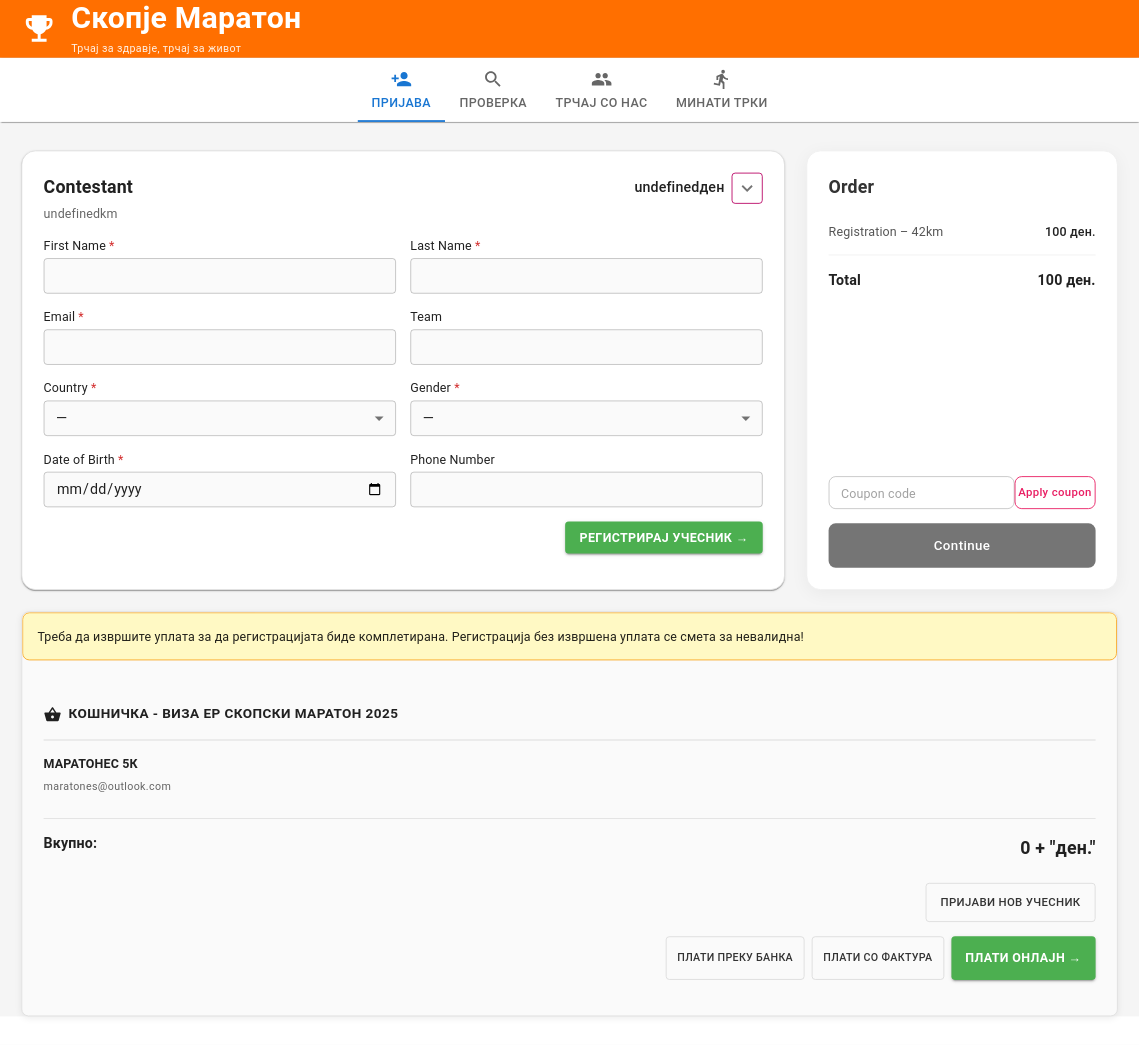
Repository: ilijana123/skopje_marathon_frontend
Page: /
These files come from the project's save history. The page is drawn as it stood at one moment and after the next save; the edit follows.
The browser window is 1280 px wide. The pictures show the whole page, at 89% of full size.
The page's requests for data from a server got no answer. The project was rebuilt for these pictures with package versions that can differ from the ones it lists, and the page was loaded fresh each time. No one was signed in, and anything a server would have sent is missing. Also part of the build but not shown: vite.config.ts, src/components/CheckStatusTab.tsx, src/components/ContestantTab.styles.ts, src/components/ContestantsTab.tsx, src/components/RacesTab.tsx, src/components/PaymentForm.styles.ts, src/components/PaymentForm.tsx.

Above is the page before, as saved 2026-01-17 00:58:48.

### index.html
<!DOCTYPE html>
<html lang="en">
  <head>
    <meta charset="utf-8" />
    <meta name="viewport" content="width=device-width, initial-scale=1" />
    <meta name="theme-color" content="#000000" />
    <meta
      name="description"
      content="Web site created using create-react-app"
    />
    <title>React App</title>
  </head>
  <body>
    <noscript>You need to enable JavaScript to run this app.</noscript>
    <div id="root"></div>
    <script type="module" src="/src/index.tsx"></script>
  </body>
</html>

### src/index.tsx
import React from 'react';
import ReactDOM from 'react-dom/client';
import { BrowserRouter } from 'react-router-dom';
import './index.css';
import App from './App';
import reportWebVitals from './reportWebVitals';

const root = ReactDOM.createRoot(
  document.getElementById('root') as HTMLElement
);

root.render(
  <React.StrictMode>
    <BrowserRouter>
      <App />
    </BrowserRouter>
  </React.StrictMode>
);

reportWebVitals();

### src/App.tsx
import React from 'react';
import { Routes, Route, Navigate, useNavigate, useLocation } from 'react-router-dom';
import { AppBar, Toolbar, Typography, Container, Paper, Box, Tabs, Tab } from '@mui/material';
import { PersonAdd, Search, People, DirectionsRun, EmojiEvents } from '@mui/icons-material';
import { useContestants } from './hooks/useContestants';
import { useRaces } from './hooks/useRaces';
import { useCategory } from './hooks/useCategory';
import { RegisterTab } from './components/RegisterTab';
import { CheckStatusTab } from './components/CheckStatusTab';
import { ContestantsTab } from './components/ContestantsTab';
import { RacesTab } from './components/RacesTab';
import { CommentDialog } from './components/CommentDialog';
import { PaymentForm } from './components/PaymentForm';
import { OrderForm } from './components/OrderForm';
import { ShoppingCart } from './components/ShoppingCart';

const App = () => {
  const navigate = useNavigate();
  const location = useLocation();
  const contestantData = useContestants();
  const raceData = useRaces();
  const { selectedCategory, setSelectedCategory } = useCategory();

  const paths = ['/register', '/check', '/contestants', '/races'];
  const currentTabIndex = paths.indexOf(location.pathname);
  const activeTab = currentTabIndex === -1 ? 0 : currentTabIndex;

  const handleTabChange = (event: React.SyntheticEvent, newValue: number) => {
    navigate(paths[newValue]);
  };

  return (
    <Box sx={{ flexGrow: 1, bgcolor: '#f5f5f5', minHeight: '100vh' }}>
      <AppBar position="static" sx={{ bgcolor: '#ff6f00' }}>
        <Toolbar>
          <EmojiEvents sx={{ mr: 2, fontSize: 40 }} />
          <Box>
            <Typography variant="h4" component="div" sx={{ fontWeight: 'bold' }}>
              Скопје Маратон
            </Typography>
            <Typography variant="caption" sx={{ opacity: 0.9 }}>
              Трчај за здравје, трчај за живот
            </Typography>
          </Box>
        </Toolbar>
      </AppBar>

      <Paper sx={{ borderRadius: 0 }}>
        <Tabs value={activeTab} onChange={handleTabChange} centered>
          <Tab icon={<PersonAdd />} label="Пријава" />
          <Tab icon={<Search />} label="Проверка" />
          <Tab icon={<People />} label="Трчај со нас" />
          <Tab icon={<DirectionsRun />} label="Минати трки" />
        </Tabs>
      </Paper>

      <Container maxWidth="xl" sx={{ mt: 4, mb: 4 }}>
        <Routes>
          <Route path="/" element={<Navigate to="/register" replace />} />

          <Route path="/register" element={
            <Box>
              <Box sx={{
                display: 'grid',
                gridTemplateColumns: { xs: '1fr', lg: '1fr 350px' },
                gap: 3,
                mb: 3
              }}>
                <RegisterTab
                  formData={contestantData.formData}
                  setFormData={contestantData.setFormData}
                  formError={contestantData.formError}
                  formSuccess={contestantData.formSuccess}
                  onRegister={() => contestantData.handleRegister(() => navigate('/payment'))}
                  selectedCategory={selectedCategory}
                  setSelectedCategory={setSelectedCategory}
                />

                <OrderForm selectedCategory={selectedCategory} />
              </Box>

              <ShoppingCart
                total={selectedCategory ? selectedCategory.price : 0}
                onAddParticipant={() => console.log('Add participant')}
                onPayByCard={() => console.log('Pay by card')}
                onPayByInvoice={() => console.log('Pay by invoice')}
                onPayOnline={() => navigate('/payment')}
                selectedCategory={selectedCategory}
              />
            </Box>
          } />

          <Route path="/check" element={
            <CheckStatusTab
              checkEmail={contestantData.checkEmail}
              setCheckEmail={contestantData.setCheckEmail}
              checkResult={contestantData.checkResult}
              onCheck={contestantData.handleCheck}
            />
          } />

          <Route path="/contestants" element={
            <ContestantsTab
              contestants={contestantData.contestants}
              categories={contestantData.categories}
              searchTerm={contestantData.searchTerm}
              setSearchTerm={contestantData.setSearchTerm}
              filterCategory={contestantData.filterCategory}
              setFilterCategory={contestantData.setFilterCategory}
              loading={contestantData.loading}
            />
          } />

          <Route path="/races" element={
            <RacesTab
              races={raceData.races}
              onOpenCommentDialog={raceData.openCommentDialog}
            />
          } />

          <Route path="/payment" element={
            <PaymentForm/>
          } />
        </Routes>
      </Container>

      <CommentDialog
        open={raceData.commentDialog}
        comment={raceData.newComment}
        onCommentChange={raceData.setNewComment}
        onClose={raceData.closeCommentDialog}
        onSubmit={raceData.handleAddComment}
      />
    </Box>
  );
};

export default App;

### src/hooks/useRaces.tsx
import { useState } from 'react';
import { Race, Comment, CommentFormData } from '../types';

const INITIAL_RACES: Race[] = [
  {
    id: 1,
    name: 'Скопје Маратон 2024',
    date: '2024-05-15',
    participants: 1250,
    rating: 4.5,
    comments: []
  },
  {
    id: 2,
    name: 'Скопје Полумаратон 2023',
    date: '2023-10-20',
    participants: 890,
    rating: 4.7,
    comments: []
  }
];

const INITIAL_COMMENT: CommentFormData = {
  rating: 5,
  text: ''
};

export const useRaces = () => {
  const [races, setRaces] = useState<Race[]>(INITIAL_RACES);
  const [commentDialog, setCommentDialog] = useState(false);
  const [selectedRaceId, setSelectedRaceId] = useState<number | null>(null);
  const [newComment, setNewComment] = useState<CommentFormData>(INITIAL_COMMENT);

  const openCommentDialog = (raceId: number) => {
    setSelectedRaceId(raceId);
    setCommentDialog(true);
  };

  const closeCommentDialog = () => {
    setCommentDialog(false);
    setSelectedRaceId(null);
    setNewComment(INITIAL_COMMENT);
  };

  const handleAddComment = () => {
    if (!newComment.text.trim() || !selectedRaceId) return;

    setRaces(races.map(race => {
      if (race.id === selectedRaceId) {
        const comment: Comment = {
          id: Date.now(),
          user: 'Корисник',
          rating: newComment.rating,
          text: newComment.text,
          date: new Date().toLocaleDateString('mk-MK')
        };
        const newComments = [...(race.comments || []), comment];
        return {
          ...race,
          comments: newComments,
          rating: newComments.reduce((acc, c) => acc + c.rating, 0) / newComments.length
        };
      }
      return race;
    }));

    closeCommentDialog();
  };

  return {
    races,
    commentDialog,
    selectedRaceId,
    newComment,
    setNewComment,
    openCommentDialog,
    closeCommentDialog,
    handleAddComment
  };
};

### src/hooks/useCategory.ts
import { useState } from 'react';
import { Category } from '../types';

export const useCategory = () => {
  const [selectedCategory, setSelectedCategory] = useState<Category | null>(null);

  return {
    selectedCategory,
    setSelectedCategory,
  };
};

### src/components/CommentDialog.tsx
import {
  Dialog, DialogTitle, DialogContent, DialogActions,
  Button, TextField, Typography, Box, Stack, Rating
} from '@mui/material';
import { CommentFormData } from '../types';

interface CommentDialogProps {
  open: boolean;
  comment: CommentFormData;
  onCommentChange: (comment: CommentFormData) => void;
  onClose: () => void;
  onSubmit: () => void;
}

export const CommentDialog = ({
  open,
  comment,
  onCommentChange,
  onClose,
  onSubmit
}: CommentDialogProps) => {
  return (
    <Dialog open={open} onClose={onClose} maxWidth="sm" fullWidth>
      <DialogTitle>Остави коментар</DialogTitle>
      <DialogContent>
        <Stack spacing={3} sx={{ mt: 1 }}>
          <Box>
            <Typography variant="body2" mb={1}>Оцена</Typography>
            <Rating
              value={comment.rating}
              onChange={(e, value) => onCommentChange({ ...comment, rating: value || 5 })}
              size="large"
            />
          </Box>
          <TextField
            fullWidth
            multiline
            rows={4}
            label="Коментар"
            value={comment.text}
            onChange={(e) => onCommentChange({ ...comment, text: e.target.value })}
            placeholder="Напишете ваше мислење..."
          />
        </Stack>
      </DialogContent>
      <DialogActions>
        <Button onClick={onClose}>Откажи</Button>
        <Button onClick={onSubmit} variant="contained" color="primary">
          Објави
        </Button>
      </DialogActions>
    </Dialog>
  );
};

### src/components/OrderForm.tsx
import { Category } from '../types';
import {
  OrderCard,
  OrderCardContent,
  OrderTitle,
  OrderItemBox,
  OrderItemLabel,
  OrderItemPrice,
  OrderDivider,
  TotalBox,
  TotalLabel,
  TotalPrice,
  Spacer,
  CouponBox,
  CouponTextField,
  ApplyCouponButton,
  ContinueButton,
} from './OrderForm.styles';

interface OrderFormProps {
  selectedCategory: Category | null;
}

export const OrderForm = ({ selectedCategory }: OrderFormProps) => {
  return (
    <OrderCard>
      <OrderCardContent>
        <OrderTitle variant="h6">
          Order
        </OrderTitle>

        <OrderItemBox>
          <OrderItemLabel variant="body2">
            Registration – {selectedCategory?.distance || '42'}km
          </OrderItemLabel>
          <OrderItemPrice variant="body2">
            {selectedCategory?.price || '100'} ден.
          </OrderItemPrice>
        </OrderItemBox>

        <OrderDivider />

        <TotalBox>
          <TotalLabel variant="body1">
            Total
          </TotalLabel>
          <TotalPrice variant="body1">
            {selectedCategory?.price || '100'} ден.
          </TotalPrice>
        </TotalBox>

        <Spacer />

        <CouponBox>
          <CouponTextField
            size="small"
            placeholder="Coupon code"
            fullWidth
          />
          <ApplyCouponButton variant="outlined">
            Apply coupon
          </ApplyCouponButton>
        </CouponBox>

        <ContinueButton
          fullWidth
          variant="contained"
          size="large"
        >
          Continue
        </ContinueButton>
      </OrderCardContent>
    </OrderCard>
  );
};

### src/utils/validation.tsx
import { FormData, Contestant } from '../types';
import { MIN_AGE, MESSAGES } from '../constants';

export const validateRegistrationForm = (
  formData: FormData,
  contestants: Contestant[]
): string | null => {
  if (!formData.firstName || !formData.lastName || !formData.email || !formData.age) {
    return MESSAGES.ERROR_REQUIRED_FIELDS;
  }

  if (parseInt(formData.age) < MIN_AGE) {
    return MESSAGES.ERROR_AGE;
  }

  if (contestants.some(p => p.email === formData.email)) {
    return MESSAGES.ERROR_EMAIL_EXISTS;
  }

  return null;
};

### src/services/contestantService.ts
import { apiRequest } from "../api/apiRequest";
import { Contestant } from "../types";
import { RegisterContestantRequest } from "../types/RegisterContestantRequest";
import { RegisterContestantResponse } from "../types/RegisterContestantResponse";

export const fetchContestants = async (params?: { searchTerm?: string; filterCategory?: string }): Promise<Contestant[]> => {
  try {
    let path = '/contestants';
    if (params?.searchTerm) {
      path = `/contestants/search?name=${params.searchTerm}`;
    } else if (params?.filterCategory && params.filterCategory !== 'all') {
      path = `/contestants/filter?category=${encodeURIComponent(params.filterCategory)}`;
    }

    const data = await apiRequest<Contestant[]>(path, 'GET');
    return Array.isArray(data) ? data : [];
  } catch (error) {
    console.error('Failed to fetch contestants:', error);
    return [];
  }
}

export const registerContestant = async (userData: RegisterContestantRequest): Promise<RegisterContestantResponse> => {
  return await apiRequest<RegisterContestantResponse>('/contestants/register', 'POST', userData);
};

export const calculateAge = (birthDate: string): number => {
  const today = new Date();
  const birth = new Date(birthDate);
  let age = today.getFullYear() - birth.getFullYear();
  const monthDiff = today.getMonth() - birth.getMonth();

  if (monthDiff < 0 || (monthDiff === 0 && today.getDate() < birth.getDate())) {
    age--;
  }

  return age;
};

export const validateForm = (formData: RegisterContestantRequest, age: number): string | null => {
  if (!formData.firstName.trim()) {
    return 'First name is required';
  }

  if (!formData.lastName.trim()) {
    return 'Last name is required';
  }

  if (!formData.email.trim()) {
    return 'Email is required';
  }

  const emailRegex = /^[^\s@]+@[^\s@]+\.[^\s@]+$/;
  if (!emailRegex.test(formData.email)) {
    return 'Invalid email format';
  }

  if (!formData.password || formData.password.length < 8) {
    return 'Password must be at least 8 characters long';
  }

  const passwordRegex = /^(?=.*[A-Z])(?=.*[a-z])(?=.*\d)(?=.*[@$!%*?&]).+$/;
  if (!passwordRegex.test(formData.password)) {
    return 'Password must contain at least one uppercase letter, one lowercase letter, one digit and one special character';
  }

  if (!formData.gender) {
    return 'Gender is required';
  }

  if (!formData.country) {
    return 'Country is required';
  }

  if (!formData.birthDate) {
    return 'Date of birth is required';
  }

  if (age < 16) {
    return 'Age must be at least 16 years';
  }

  if (!formData.categoryType) {
    return 'Category is required';
  }

  return null;
};

### src/services/categoryService.tsx
import { apiRequest } from "../api/apiRequest";
import { Category } from "../types";

export const fetchCategoriesWithErrorHandling = async (): Promise<Category[] | null> => {
  try {
    const data = await apiRequest<Category[]>('/categories', 'GET');
    return data;
  } catch (error) {
    console.error('Failed to fetch categories:', error);
    return null;
  }
};

### src/types/CategoryType.tsx
export enum CategoryType {
  FIVE_KM = "5km",
  TEN_KM = "10km",
  HALF_MARATHON = "Half Marathon",
  MARATHON = "Marathon",
}

### src/components/RegisterTab.styles.ts
import { styled } from '@mui/material/styles';
import { Card, Grid, Button, Box, TextField, IconButton, Typography } from '@mui/material';

export const RootGrid = styled(Grid)({
    justifyContent: 'center',
});

export const FormCard = styled(Card)(({ theme }) => ({
    borderRadius: theme.spacing(2),
    boxShadow: theme.shadows[1],
    border: '1px solid #e0e0e0',
}));

export const CardContentWrapper = styled(Box)(({ theme }) => ({
    padding: theme.spacing(3),
}));

export const HeaderBox = styled(Box)({
    display: 'flex',
    justifyContent: 'space-between',
    alignItems: 'flex-start',
    marginBottom: 16,
});

export const ContestantTitle = styled(Typography)({
    fontWeight: 600,
    marginBottom: 4,
});

export const DistanceText = styled(Typography)({
    // color is handled by color="text.secondary" prop
});

export const PriceBox = styled(Box)({
    display: 'flex',
    alignItems: 'center',
    gap: 8,
});

export const PriceText = styled(Typography)({
    fontWeight: 500,
});

export const CategoryIconButton = styled(IconButton)({
    border: '1.5px solid #ba0666ff',
    borderRadius: '4px',
    width: '35px',
    height: '35px',
    padding: 0,
    '&:hover': {
        backgroundColor: '#f5f5f5',
        border: '1px solid #bbb',
    },
});

export const FormGrid = styled(Box)(({ theme }) => ({
    display: 'grid',
    gridTemplateColumns: '1fr',
    gap: theme.spacing(2),
    [theme.breakpoints.up('sm')]: {
        gridTemplateColumns: '1fr 1fr',
    },
}));

export const FieldBox = styled(Box)({
    // Container for each field
});

export const FieldLabel = styled(Typography)({
    marginBottom: 4,
    fontSize: '0.875rem',
});

export const RequiredAsterisk = styled('span')({
    color: '#d32f2f',
});

export const StyledTextField = styled(TextField)({
    '& .MuiOutlinedInput-root': {
        backgroundColor: '#fafafa',
    },
});

export const AlertBox = styled(Box)(({ theme }) => ({
    gridColumn: '1',
    [theme.breakpoints.up('sm')]: {
        gridColumn: '1 / -1',
    },
}));

export const RemoveButtonBox = styled(Box)(({ theme }) => ({
    gridColumn: '1',
    marginTop: theme.spacing(1),
    [theme.breakpoints.up('sm')]: {
        gridColumn: '1 / -1',
    },
}));

export const RemoveButton = styled(Button)({
    textTransform: 'none',
    fontWeight: 400,
    backgroundColor: '#ffebee',
    color: '#d32f2f',
    boxShadow: 'none',
    paddingLeft: 16,
    paddingRight: 16,
    paddingTop: 6,
    paddingBottom: 6,
    borderRadius: 4,
    '&:hover': {
        backgroundColor: '#ffcdd2',
        boxShadow: 'none',
    },
});

export const CategoryMenuItemBox = styled(Box)({
    display: 'flex',
    flexDirection: 'column',
});

export const CategoryTypeText = styled(Typography)({
    fontWeight: 500,
});

export const SubmitButton = styled(Button)(({ theme }) => ({
    backgroundColor: '#ff6f00',
    '&:hover': {
        backgroundColor: '#f57c00',
    },
}));

export const RegisterContestantButtonBox = styled(Box)({
  display: 'flex',
  justifyContent: 'flex-end',
  marginBottom: 16,
  gap: 8
});

export const RegisterContestantButton = styled(Button)({
  backgroundColor: '#4caf50',
  color: 'white',
  textTransform: 'none',
  marginTop: 16,
  fontWeight: 600,
  fontSize: '0.875rem',
  '&:hover': {
    backgroundColor: '#45a049',
  },
});

### src/constants/index.tsx
export const CATEGORIES = ['5km', '10km', 'Полумаратон', 'Маратон'] as const;

export const MIN_AGE = 16;

export const PAYMENT_SUCCESS_RATE = 0.8;

export const TABS = {
  REGISTER: 0,
  CHECK: 1,
  CONTESTANTS: 2,
  RACES: 3,
} as const;

export const MESSAGES = {
  SUCCESS_REGISTRATION: (regNumber: string) =>
    `Успешна пријава! Ваш регистрациски број: ${regNumber}`,
  ERROR_AGE: 'Возраста мора да биде најмалку 16 години',
  ERROR_EMAIL_EXISTS: 'Е-поштата веќе е регистрирана',
  ERROR_REQUIRED_FIELDS: 'Ве молиме пополнете ги сите полиња',
  SUCCESS_PAYMENT: 'Плаќањето е успешно! Ваш стартен број е генериран.',
  ERROR_PAYMENT: 'Плаќањето не успеа. Ве молиме обидете се повторно.',
  NO_PARTICIPANT_FOUND: 'Учесникот не е пронајден',
} as const;

### src/components/OrderForm.styles.tsx
import { styled } from '@mui/material/styles';
import { Card, CardContent, Typography, Box, Divider, TextField, Button } from '@mui/material';

export const OrderCard = styled(Card)({
  borderRadius: 16,
  boxShadow: '0px 4px 20px rgba(0,0,0,0.05)',
  border: '1px solid #f0f0f0',
  maxWidth: 350,
  minHeight: 450,
  display: 'flex',
  flexDirection: 'column',
});

export const OrderCardContent = styled(CardContent)({
  padding: 24,
  flexGrow: 1,
  display: 'flex',
  flexDirection: 'column',
});

export const OrderTitle = styled(Typography)({
  fontWeight: 700,
  marginBottom: 24,
  color: '#333',
});

export const OrderItemBox = styled(Box)({
  display: 'flex',
  justifyContent: 'space-between',
  marginBottom: 16,
});

export const OrderItemLabel = styled(Typography)({
  color: '#555',
});

export const OrderItemPrice = styled(Typography)({
  fontWeight: 500,
});

export const OrderDivider = styled(Divider)({
  marginBottom: 16,
  borderColor: '#f0f0f0',
});

export const TotalBox = styled(Box)({
  display: 'flex',
  justifyContent: 'space-between',
});

export const TotalLabel = styled(Typography)({
  fontWeight: 600,
});

export const TotalPrice = styled(Typography)({
  fontWeight: 600,
});

export const Spacer = styled(Box)({
  flexGrow: 1,
});

export const CouponBox = styled(Box)({
  display: 'flex',
  marginBottom: 16,
});

export const CouponTextField = styled(TextField)({
  '& .MuiOutlinedInput-root': {
    backgroundColor: '#fff',
    borderRadius: 8,
    fontSize: '0.875rem',
  },
});

export const ApplyCouponButton = styled(Button)({
  textTransform: 'none',
  color: '#e91e63',
  borderColor: '#e91e63',
  borderRadius: 8,
  whiteSpace: 'nowrap',
  paddingLeft: 16,
  paddingRight: 16,
  fontSize: '0.8rem',
  justifyContent: 'center',
  '&:hover': {
    borderColor: '#c2185b',
    backgroundColor: 'rgba(233, 30, 99, 0.04)',
  },
});

export const ContinueButton = styled(Button)({
  backgroundColor: '#757575',
  color: 'white',
  textTransform: 'none',
  borderRadius: 8,
  paddingTop: 12,
  paddingBottom: 12,
  boxShadow: 'none',
  '&:hover': {
    backgroundColor: '#616161',
    boxShadow: 'none',
  },
});

### src/api/apiRequest.tsx
import axios, { AxiosResponse} from 'axios';

const BASE_URL = import.meta.env.VITE_API_URL;

const apiClient = axios.create({
    baseURL: BASE_URL,
    withCredentials: true,
    headers: {
        'Content-Type': 'application/json',
    },
});


export const apiRequest = async <T,>(url: string, method: 'GET' | 'POST' | 'PUT' | 'DELETE', data?: any): Promise<T> => {
    const response: AxiosResponse<T> = await apiClient({
        method,
        url,
        data,
    });
    console.log(`API ${method} Request to ${url} successful. Response:`, response.data);
    return response.data;
};

Loaded but not shown: src/index.css (common file); src/reportWebVitals.ts (common file); src/components/RegisterTab.tsx (312 lines, source omitted); src/hooks/useContestants.tsx (145 lines, source omitted); src/components/ShoppingCart.tsx (157 lines, source omitted); src/components/ShoppingCart.styles.tsx (166 lines, source omitted)

After the next save:
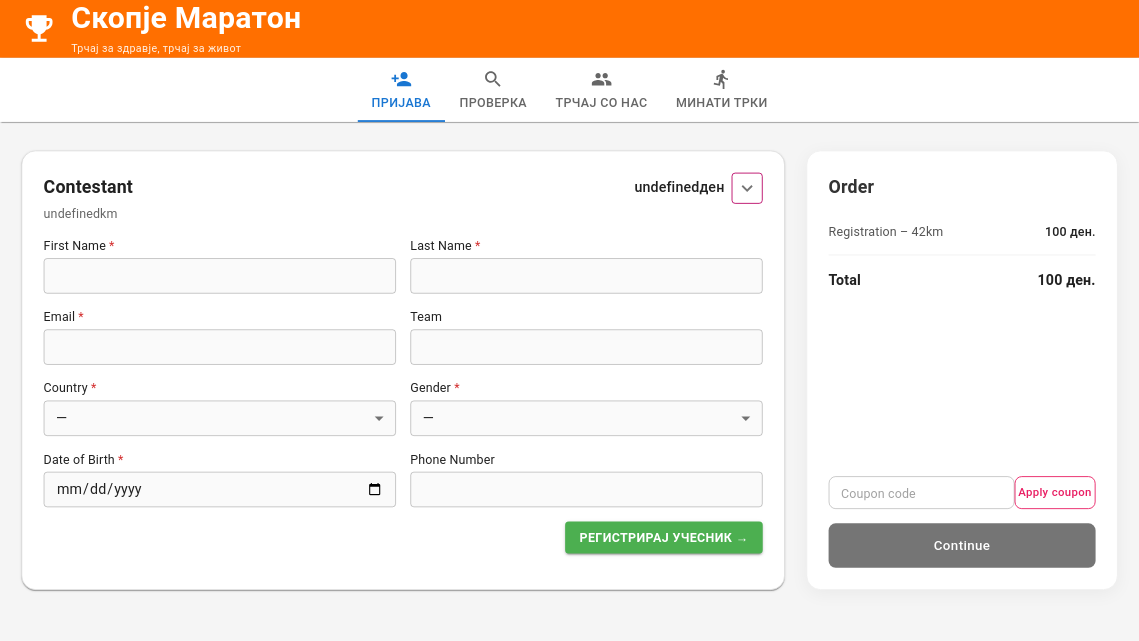
Saved 2 h 35 min later.
--- a/src/App.tsx
+++ b/src/App.tsx
@@ -79,14 +79,14 @@ const App = () => {
                 <OrderForm selectedCategory={selectedCategory} />
               </Box>
 
-              <ShoppingCart
+              {/* <ShoppingCart
                 total={selectedCategory ? selectedCategory.price : 0}
                 onAddParticipant={() => console.log('Add participant')}
                 onPayByCard={() => console.log('Pay by card')}
                 onPayByInvoice={() => console.log('Pay by invoice')}
                 onPayOnline={() => navigate('/payment')}
                 selectedCategory={selectedCategory}
-              />
+              /> */}
             </Box>
           } />
 
